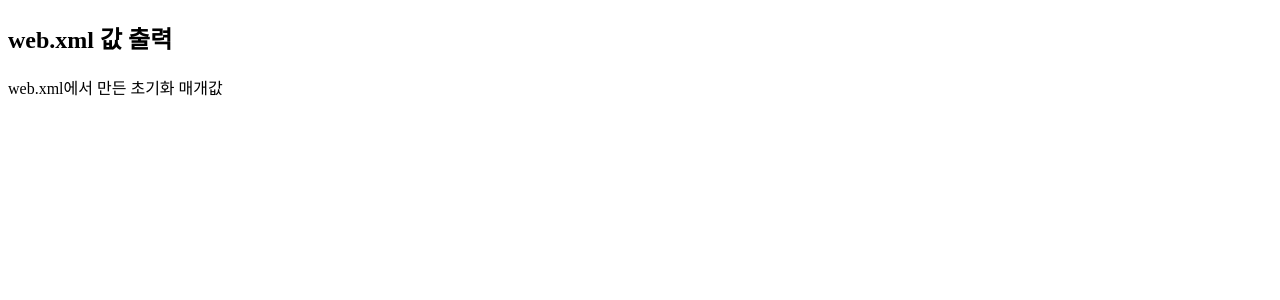
Repository: AHJ2616/Java
Page: http://localhost/board-jsp/02ImplicitObject/ApplicationMain.jsp
These files come from the project's save history. The page is drawn as it stood at one moment and after the next save; the edit follows.
The browser window is 1280 px wide. The pictures show the whole page.
The page is served by Tomcat 9.

Above is the page before, as saved 2024-07-23 03:35:57.

After the next save:
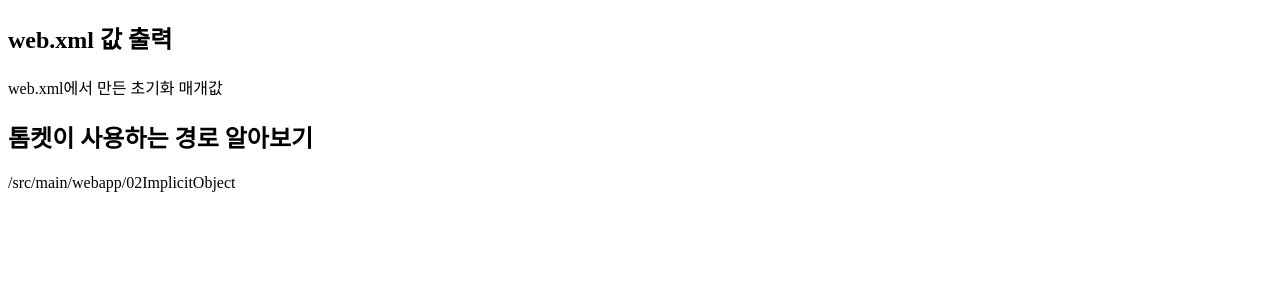
Saved 7 min 15 s later.
--- a/jsp_workspace/board-jsp/src/main/webapp/02ImplicitObject/ApplicationMain.jsp
+++ b/jsp_workspace/board-jsp/src/main/webapp/02ImplicitObject/ApplicationMain.jsp
@@ -3,5 +3,8 @@
 <!DOCTYPE html><html><head><meta charset="UTF-8"><title>ApplicationMain.jsp : web.xml 값 가져오기</title></head><body>
 	<h2> web.xml 값 출력</h2>
 	<%= application.getInitParameter("INIT_PARAM") %>
+
+	<h2> 톰켓이 사용하는 경로 알아보기</h2>
+	<%= application.getRealPath("02ImplicitObject") %>
 </body>
 </html>
